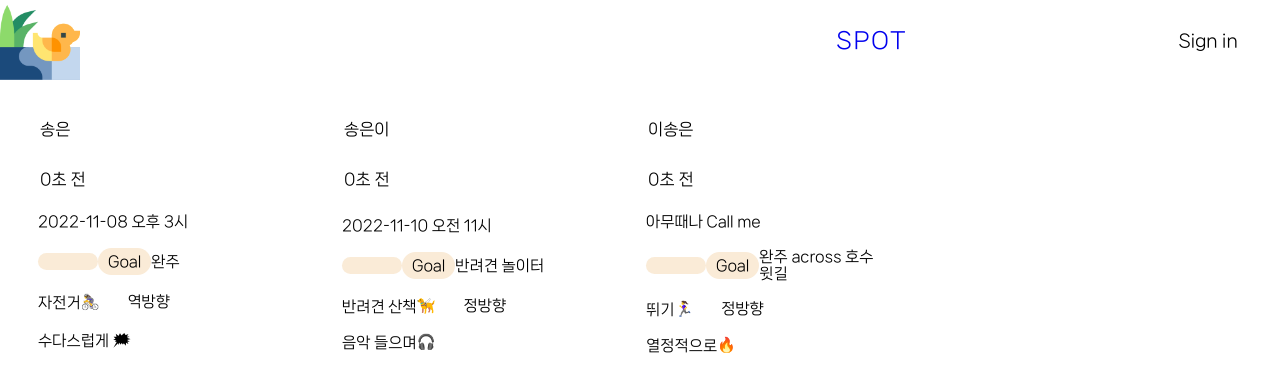
Repository: songeunleee/youngrangho
Page: /
The author's editor kept a copy of each file at every save. The page is drawn from the files as they stood at one save, then again after the next save.
The browser window is 1280 px wide. The pictures show the whole page.
Some web libraries are served in a nearby version. The project was rebuilt for these pictures with package versions that can differ from the ones it lists, and the page was loaded fresh each time. Some packages were replaced by stand-ins written for this rebuild. Also part of the build but not shown: src/app.module.css, src/components/activity/activity.module.css, src/components/footer/footer.module.css, src/components/footer/footer.jsx, src/components/home/home.module.css, src/components/home/home.jsx, src/components/add_spot/add_spot.module.css, src/components/add_spot/add_spot.jsx and 6 more.

Above is the page before, as saved 2022-11-08 06:51:42.

After the next save:
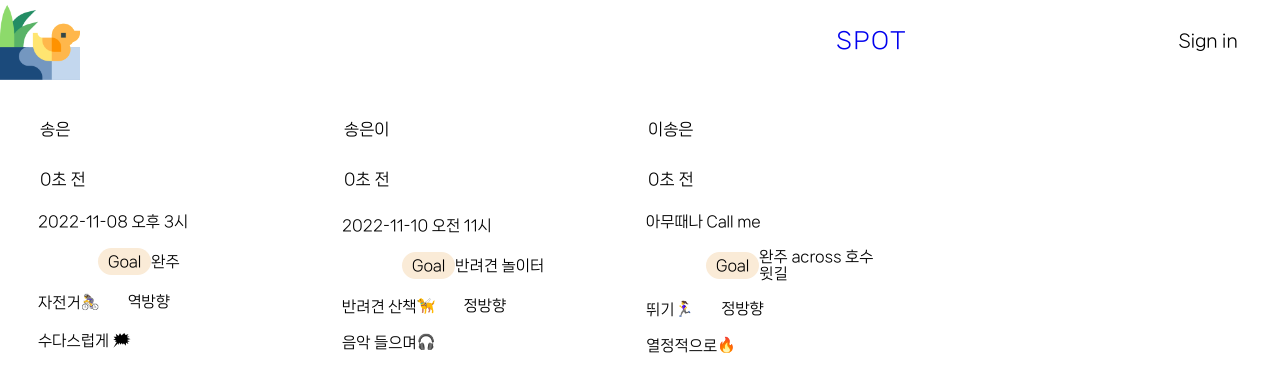
Saved 24 s later.
--- a/src/components/activity_item/activity_item.module.css
+++ b/src/components/activity_item/activity_item.module.css
@@ -56,8 +56,6 @@
 
 .chip.goal::before {
   content: "　　　　";
-  background-color: antiquewhite;
-  border-radius: 18px;
 }
 
 .chop.goal {
